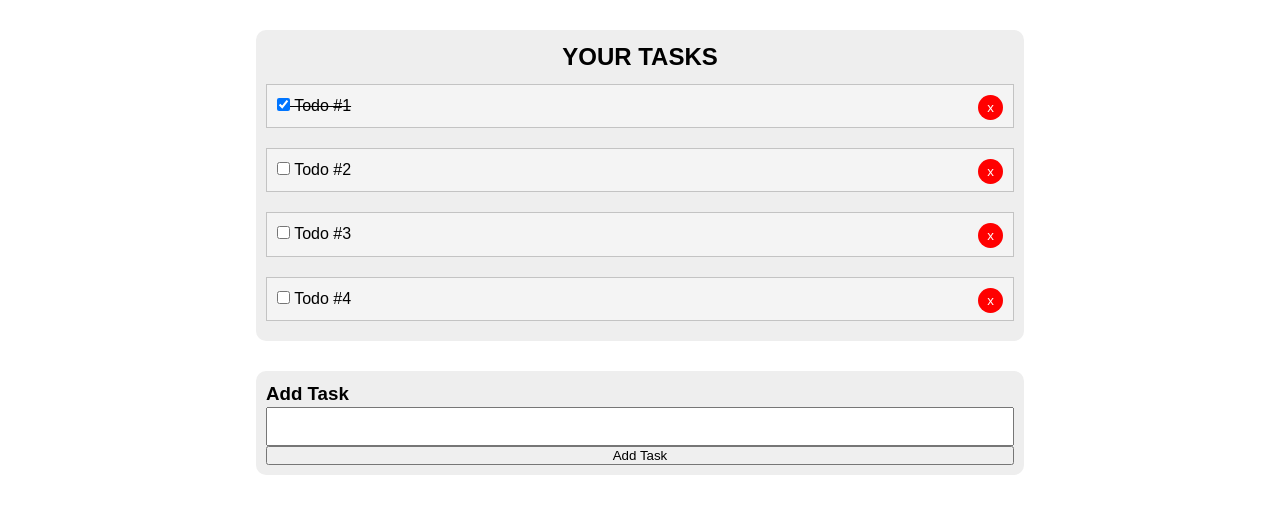
Repository: n0rthern-light/vuejs-taskmanager
Page: /
These files come from the project's save history. The page is drawn as it stood at one moment and after the next save; the edit follows.
The browser window is 1280 px wide. The pictures show the whole page.
The project was rebuilt for these pictures with package versions that can differ from the ones it lists, and the page was loaded fresh each time.

Above is the page before, as saved 2019-02-18 16:15:07.

### src/App.vue
<template>
  <div id="app">
    <h3>{{msg}}</h3>
    <Todos :todos="todos" v-on:del-todo="delTodo" v-on:update-array="updateArr"/>
    <TodoAdd />
  </div>
</template>

<script>

import Todos from '@/components/Todos.vue';
import TodoAdd from '@/components/TodoAdd.vue';

export default {
  name: 'app',
  components: {
    Todos,
    TodoAdd
  },
  data() {
    return {
      todos: [
        {
          id: 1,
          title: 'Todo #1',
          completed: true
        },
        {
          id: 2,
          title: 'Todo #2',
          completed: false
        },
        {
          id: 3,
          title: 'Todo #3',
          completed: false
        },
        {
          id: 4,
          title: 'Todo #4',
          completed: false
        }
      ],
      msg: ''
    }
  },
  methods: {
    /* eslint-disable */
    setCookie(cname, cvalue, exdays) {
      var d = new Date();
      d.setTime(d.getTime() + (exdays*24*60*60*1000));
      var expires = "expires="+ d.toUTCString();
      document.cookie = cname + "=" + cvalue + ";" + expires + ";path=/";
    },
    getCookie(cname) {
      var name = cname + "=";
      var decodedCookie = decodeURIComponent(document.cookie);
      var ca = decodedCookie.split(';');
      for(var i = 0; i <ca.length; i++) {
        var c = ca[i];
        while (c.charAt(0) == ' ') {
          c = c.substring(1);
        }
        if (c.indexOf(name) == 0) {
          return c.substring(name.length, c.length);
        }
      }
      return "";
    },
    delTodo(id) {
      console.log('delTodo');
      this.todos = this.todos.filter((el) => el.id !== id);
    },
    updateArr(obj) {
      console.log('updateArr');
      this.todos = this.todos.
      map((el) => el.id === obj.id ? obj : el).
      sort((a, b) => a.id - b.id).
      sort((a, b) => a.completed - b.completed);

      this.setCookie('todos', JSON.stringify(this.todos), 60)
    }

  },
  mounted() {
    console.log('mounted');
    this.todos = JSON.parse(this.getCookie('todos'));

    this.todos = this.todos.sort((a, b) => a.id - b.id).
      sort((a, b) => a.completed - b.completed);
  }
}
</script>

<style>
* {
  box-sizing: border-box;
  margin: 0;
  padding: 0;
}

body {
  font-family: Arial, Helvetica, sans-serif;
  line-height: 1.4;
}
</style>

### src/components/Todos.vue
<template>
  <div class="container">
    <span class="title">YOUR TASKS</span>
    <div v-for="todo in todos" :key="todo.id">
      <TodoItem :todo="todo" v-on:del-todo="$emit('del-todo', todo.id)" v-on:update-array="$emit('update-array', todo)"/>
    </div>
  </div>
</template>

<script>
import TodoItem from './TodoItem.vue';

export default {
  components: {
    TodoItem
  },
  name: 'Todos',
  props: ['todos']
}
</script>

<style scoped>
.container {
  padding: 10px;
  background-color: #eee;
  border-radius: 10px;
  margin: 30px auto 0 auto;
  width: 80%;
  max-width: 768px;
  display: flex;
  flex-direction: column;
}

.container .title {
  text-align: center;
  font-size: 1.5em;
  font-weight: 600;
}

.container div {
  flex: 1;
}
</style>

### src/components/TodoAdd.vue
<template>
  <div class="container">
    <h3>Add Task</h3>
    <input type="text"/>
    <button class="btn" @click="$emit('add-todo', title)">Add Task</button>
  </div>
</template>

<script>
export default {
  name: 'TodoAdd',
  data () {
    return {
      title: ''
    }
  }
}
</script>

<style scoped>
.container {
  padding: 10px;
  background-color: #eee;
  border-radius: 10px;
  margin: 30px auto 0 auto;
  width: 80%;
  max-width: 768px;
  display: flex;
  flex-direction: column;
}

.container input {
  padding: 10px;
}

</style>

### src/components/TodoItem.vue
<template>
  <div class="todo-item" :class="{'is-complete':todo.completed}">
    <p>
      <input type="checkbox" v-on:change="markComplete(); $emit('update-array', todo);" :checked="this.todo.completed">
      {{todo.title}}
      <button @click="$emit('del-todo', todo.id)" class="del">x</button>
    </p>
  </div>
</template>

<script>
export default {
  name: 'TodoItem',
  props: ['todo'],
  methods: {
    markComplete () {
      this.todo.completed = !this.todo.completed;
    }
  },
  mounted () {

  }
}
</script>

<style scoped>
  .todo-item {
    background: #f4f4f4;
    padding: 10px;
    margin: 10px 0;
    border: 1px solid rgba(0,0,0,0.2);
  }

  .is-complete {
    text-decoration: line-through;
  }

  .del {
    background: #ff0000;
    color: #fff;
    border: none;
    padding: 5px 9px;
    border-radius: 50%;
    cursor: pointer;
    float: right;
  }
</style>

Loaded but not shown: src/main.js (common file)

After the next save:
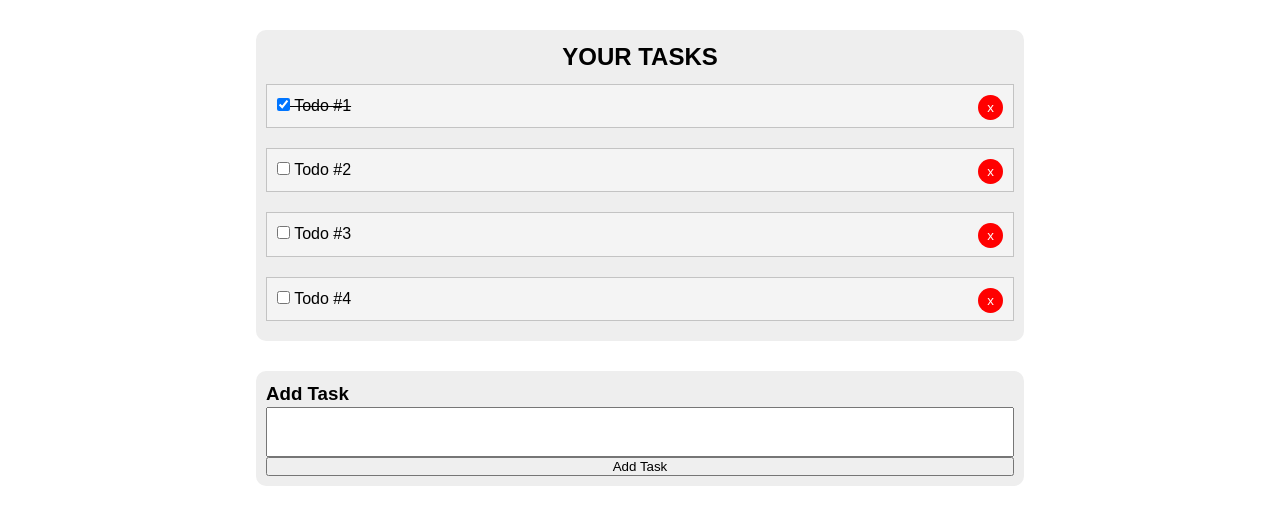
Saved 11 s later.
--- a/src/components/TodoAdd.vue
+++ b/src/components/TodoAdd.vue
@@ -31,6 +31,8 @@ export default {
 
 .container input {
   padding: 10px;
+  font-size: 1.4em;
+  font-weight: 600;
 }
 
 </style>
